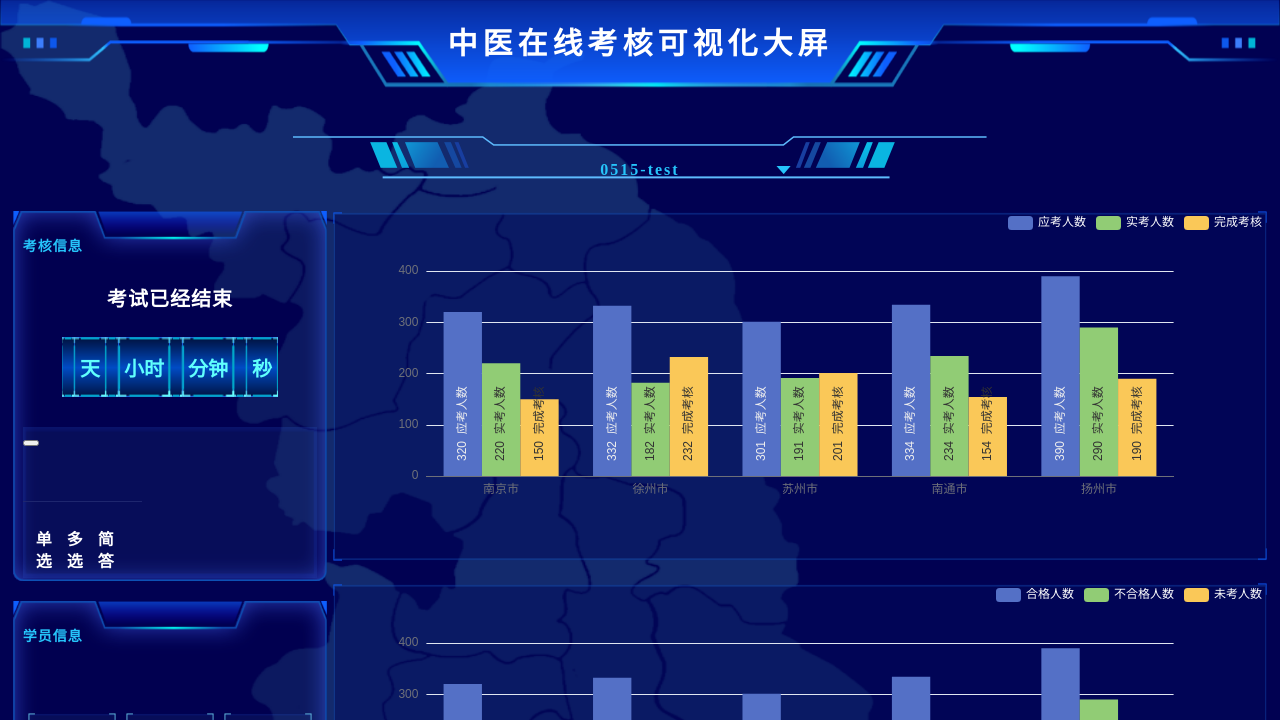
Repository: krislorem/medicine-online-datascreen-vue
Page: /
An editor plug-in stored every save of this project. The page is shown before and after the next save, followed by the edit.
The browser window is 1280 px wide. The pictures show the whole page.
The project was rebuilt for these pictures with package versions that can differ from the ones it lists, and the page was loaded fresh each time. Also part of the build but not shown: vite.config.ts.

Above is the page before, as saved 2024-12-04 20:43:22.

### src/main.ts
import './assets/main.css'

import { createApp } from 'vue'
import { createPinia } from 'pinia'
import ElementPlus from 'element-plus'
import 'element-plus/dist/index.css'
import App from './App.vue'
import router from './router'

const app = createApp(App)

app.use(createPinia())
app.use(router)
app.use(ElementPlus)
app.mount('#app')

### src/assets/main.css
body, html {
  width: 100%;
  height: 100%;
  overflow: hidden;
  margin: 0;
  padding: 0;
  width: 100vw;
  height: 100vh
}

#app {
  width: 100%;
  height: 100%
}

### src/App.vue
<template>
  <div>
    <RouterView></RouterView>
  </div>
</template>

<script setup lang="ts">

</script>

<style scoped>
</style>

### src/views/HomeView.vue
<template>
  <div class="home">
    <nav>
      <h1>中医在线考核可视化大屏</h1>
    </nav>
    <div id="mid-bar">
      <select id="info">
        <option>0515-test</option>
      </select>
    </div>
    <div id="all-info">
      <div id="left">
        <div class="item item-1">
          <p class="top-name"><span>考核信息</span></p>
          <p class="time-title"><span>考试已经结束</span></p>
          <div class="time-container">
            <div class="time-box" style=";"><span class="time-num">{{ }}</span></div>
            <div class="time-box" style=";"><span class="time-num">天</span></div>
            <div class="time-box" style=";"><span class="time-num">{{ }}</span></div>
            <div class="time-box" style=";"><span class="time-num">小时</span></div>
            <div class="time-box" style=";"><span class="time-num">{{ }}</span></div>
            <div class="time-box" style=";"><span class="time-num">分钟</span></div>
            <div class="time-box" style=";"><span class="time-num">{{ }}</span></div>
            <div class="time-box" style=";"><span class="time-num">秒</span></div>
          </div>
          <div class="result">
            <div class="ivu-carousel" style="height: 100%;">
              <button type="button" class="left ivu-carousel-arrow ivu-carousel-arrow-hover">
                <i class="ivu-icon ivu-icon-ios-arrow-back"></i>
              </button>
              <div class="ivu-carousel-list">
                <div class="ivu-carousel-track higher"
                  style="width: 119px; transform: translate3d(0px, 0px, 0px); transition: transform 500ms; visibility: visible;">
                  <div class="ivu-carousel-item" style="width: 119px; height: auto; left: 0px;">
                    <div class="res-topbar">
                      <span>{{ }}</span>
                      <span>{{ }}</span>
                    </div>
                    <div class="res-box">
                      <div class="res-item">
                        <span>单选</span>
                        <p>{{ }}</p>
                      </div>
                      <div class="res-item">
                        <span>多选</span>
                        <p>{{ }}</p>
                      </div>
                      <div class="res-item">
                        <span>简答</span>
                        <p>{{ }}</p>
                      </div>
                    </div>
                  </div>
                </div>
              </div>
            </div>

          </div>
        </div>
        <div class="item item-2">
          <p class="top-name i2-top"><span>学员信息</span></p>
          <div class="i2">
            <div class="box">
              <p class="num bg-lg-blue">{{ }}</p>
              <p class="title bg-lg-blue">应考人数</p>
            </div>
            <div class="box">
              <p class="num bg-lg-cyan">{{ }}</p>
              <p class="title bg-lg-cyan">签到人数</p>
            </div>
            <div class="box">
              <p class="num bg-lg-red">{{ }}</p>
              <p class="title bg-lg-red">实考人数</p>
            </div>
            <div class="box">
              <p class="num bg-lg-blue">{{ }}</p>
              <p class="title bg-lg-blue">分配试卷</p>
            </div>
            <div class="box">
              <p class="num bg-lg-cyan">{{ }}</p>
              <p class="title bg-lg-cyan">答题中</p>
            </div>
            <div class="box">
              <p class="num bg-lg-red">{{ }}</p>
              <p class="title bg-lg-red">完成考试</p>
            </div>
            <div class="box">
              <p class="num bg-lg-blue2">{{ }}</p>
              <p class="title bg-lg-blue2">未签到</p>
            </div>
            <div class="box">
              <p class="num bg-lg-cyan2">{{ }}</p>
              <p class="title bg-lg-cyan2">未考核</p>
            </div>
            <div class="box">
              <p class="num bg-lg-red2">{{ }}</p>
              <p class="title bg-lg-red2">合格人数</p>
            </div>
          </div>
        </div>
      </div>
      <div id="right">
        <div class="item mb-22">
          <div style="width: 100%;height: 335px;">
            <div id="msg1"
              style="width: 100%; height: 335px; -webkit-tap-highlight-color: transparent; user-select: none; position: relative;">
            </div>
          </div>
        </div>
        <div class="item">
          <div style="width: 100%; height: 335px;">
            <div id="msg2"
              style="width: 100%; height: 335px; -webkit-tap-highlight-color: transparent; user-select: none; position: relative;">
            </div>
          </div>
        </div>
      </div>
    </div>
  </div>
</template>

<style scoped>
body {
  font-family: Helvetica Neue, Helvetica, PingFang SC, Hiragino Sans GB, Microsoft YaHei, "\5FAE\8F6F\96C5\9ED1", Arial, sans-serif;
  font-size: 12px;
  line-height: 1.5;
  color: #515a6e;
  background-color: #fff;
  -webkit-font-smoothing: antialiased;
  -moz-osx-font-smoothing: grayscale;
}

.home {
  background: #010152 url(/ditu.png) 50% no-repeat;
  background-size: 100% 100%;
}

.home nav {
  background-image: url(/dingbu.png);
  background-size: 100% 100%;
  background-repeat: no-repeat;
  overflow: hidden;
  display: -webkit-box;
  display: -ms-flexbox;
  display: flex;
  -webkit-box-align: center;
  -ms-flex-align: center;
  align-items: center;
}

.home nav h1 {
  font-size: 30px;
  font-family: PingFangSC-Semibold, PingFang SC;
  font-weight: 600;
  color: #fff;
  line-height: 58px;
  letter-spacing: 5px;
  margin: 15px auto;
}

.home #mid-bar {
  width: 694px;
  height: 43px;
  background: url(/nav.png) no-repeat;
  margin: 48px auto 0;
  padding-top: 12px;
  display: -webkit-box;
  display: -ms-flexbox;
  display: flex;
  -webkit-box-pack: center;
  -ms-flex-pack: center;
  justify-content: center;
  -webkit-box-align: center;
  -ms-flex-align: center;
  align-items: center;
}

.home #mid-bar #info {
  appearance: none;
  -moz-appearance: none;
  -webkit-appearance: none;
  background: transparent url('/jiantou.png') no-repeat scroll 100%;
  width: 302px;
  height: 22px;
  font-size: 16px;
  text-align: center;
  font-family: PingFangSC-Semibold, PingFang SC;
  font-weight: 600;
  color: #26c5fb;
  line-height: 22px;
  letter-spacing: 2px;
  border: none;
}

#all-info {
  width: 100%;
  height: 796px;
  margin: 20px auto 10px;
  display: -webkit-box;
  display: -ms-flexbox;
  display: flex;
  -ms-flex-pack: distribute;
  justify-content: space-around;
}

#all-info #left {
  width: 23%;
  height: 100%;
}


#all-info #left .item {
  height: 44%;
  width: 100%;
  padding: 10px;
  background-image: url(/kuang2.png);
  background-size: 100% 100%;
}

#all-info #left .item .top-name>span {
  width: 64px;
  height: 20px;
  font-size: 14px;
  font-family: PingFangSC-Semibold, PingFang SC;
  font-weight: 600;
  color: #26c5fb;
  line-height: 20px;
  letter-spacing: 1px;
}

#all-info #left .item-1 {
  margin-bottom: 20px;
}

#all-info #left .item-1 .time-title {
  text-align: center;
  font-size: 20px;
  font-family: PingFangSC-Semibold, PingFang SC;
  font-weight: 600;
  color: #fff;
  line-height: 20px;
  letter-spacing: 1px;
  margin: 32px auto 28px;
}

#all-info #left .item-1 .time-container {
  height: 60px
}

#all-info #left .item-1 .time-container,
#all-info #left .item-1 .time-container .time-box {
  display: -webkit-box;
  display: -ms-flexbox;
  display: flex;
  -webkit-box-pack: center;
  -ms-flex-pack: center;
  justify-content: center;
}

#all-info #left .item-1 .time-container .time-box {
  background-image: url('/kuang3.png');
  background-repeat: no-repeat;
  background-size: 100% 100%;
  -webkit-box-align: center;
  -ms-flex-align: center;
  align-items: center;
  background-color: #d7606b;
}

#all-info #left .item-1 .time-container .time-box .time-num {
  font-size: 20px;
  padding: 6px;
  font-family: PingFangSC-Semibold, PingFang SC;
  font-weight: 600;
  color: #60fffd
}

#all-info #left .item-1 .time-container .time-box .dupunkto {
  font-size: 28px;
  font-family: PingFangSC-Semibold, PingFang SC;
  font-weight: 600;
  color: #60fffd
}

#all-info #left .item-1 .result {
  width: 100%;
  height: 43%;
  background-image: url('/kuang4.png');
  background-size: 100% 100%;
  margin: 30px auto 0;
  font-size: 16px;
  font-family: PingFangSC-Semibold, PingFang SC;
  font-weight: 600;
  color: #fff;
  line-height: 22px;
}

#all-info #left .item-1 .result .res-sub-title {
  width: 100%;
  height: 100%;
  display: -webkit-box;
  display: -ms-flexbox;
  display: flex;
  -webkit-box-align: center;
  -ms-flex-align: center;
  align-items: center;
  -webkit-box-pack: center;
  -ms-flex-pack: center;
  justify-content: center;
  font-size: 20px;
  font-family: PingFangSC-Semibold, PingFang SC;
  font-weight: 600
}

#all-info #left .item-1 .result .res-topbar {
  height: 47px;
  border-bottom: 1px solid #1e266e;
  -webkit-box-align: end;
  -ms-flex-align: end;
  align-items: flex-end;
  padding: 0 19px 5px 14px
}

#all-info #left .item-1 .result .res-box,
#all-info #left .item-1 .result .res-topbar {
  display: -webkit-box;
  display: -ms-flexbox;
  display: flex;
  -webkit-box-pack: justify;
  -ms-flex-pack: justify;
  justify-content: space-between
}

#all-info #left .item-1 .result .res-box {
  height: 57px;
  margin: 27px 13px 0
}

#all-info #left .item-1 .result .res-box .res-item {
  display: -webkit-box;
  display: -ms-flexbox;
  display: flex;
  -webkit-box-orient: vertical;
  -webkit-box-direction: normal;
  -ms-flex-direction: column;
  flex-direction: column;
  -ms-flex-pack: distribute;
  justify-content: space-around;
  -webkit-box-align: center;
  -ms-flex-align: center;
  align-items: center
}

#all-info #left .item-1 .result .res-box p {
  margin-top: 13px
}

#all-info #left .item-2 {
  display: -webkit-box;
  display: -ms-flexbox;
  display: flex;
  -webkit-box-orient: vertical;
  -webkit-box-direction: normal;
  -ms-flex-direction: column;
  flex-direction: column
}


#all-info #left .item-2 .i2-top {
  padding-bottom: 30px;
}

#all-info #left .item-2 .i2 {
  width: 100%;
  margin: 20px auto;
  display: -webkit-box;
  display: -ms-flexbox;
  display: flex;
  -ms-flex-wrap: wrap;
  flex-wrap: wrap;
  -ms-flex-pack: distribute;
  justify-content: space-around;
}

#all-info #left .item-2 .i2 .box {
  width: 30%;
  height: 67px;
  margin-bottom: 20px;
  padding: 20px auto;
  background-image: url('/kuang5.png');
  background-size: 100%;
  background-repeat: no-repeat;
}

#all-info #left .item-2 .i2 .box>.num {
  width: 77px;
  height: 45px;
  font-size: 27px;
  line-height: 45px
}

#all-info #left .item-2 .i2 .box>.num,
#all-info #left .item-2 .i2 .box>.title {
  font-family: PingFangSC-Semibold, PingFang SC;
  font-weight: 600;
  color: #fff;
  text-align: center;
  background-clip: text;
  -webkit-background-clip: text;
  -webkit-text-fill-color: transparent;
  margin: 0 auto;
}

#all-info #left .item-2 .i2 .box>.title {
  width: 64px;
  height: 22px;
  font-size: 15px;
  line-height: 22px
}

#all-info #right {
  width: 73%;
  height: 100%;
}

#all-info #right .item {
  width: 100%;
  height: 350px;
  background-image: url(/kuang1.png);
  background-size: 100% 100%
}

#all-info #right .mb-22 {
  margin-bottom: 22px
}

.bg-lg-blue {
  background: -webkit-gradient(linear, left top, left bottom, from(#8ac4ff), to(#5999f4));
  background: linear-gradient(180deg, #8ac4ff, #5999f4)
}

.bg-lg-cyan {
  background: -webkit-gradient(linear, left top, left bottom, from(#92eef2), to(#62e4eb));
  background: linear-gradient(180deg, #92eef2, #62e4eb)
}

.bg-lg-red {
  background: -webkit-gradient(linear, left top, left bottom, from(#ee3f47), to(#9a1b35));
  background: linear-gradient(180deg, #ee3f47, #9a1b35)
}

.bg-lg-blue2 {
  background: -webkit-gradient(linear, left top, left bottom, from(#4d7ed5), to(#0a47b3));
  background: linear-gradient(180deg, #4d7ed5, #0a47b3)
}

.bg-lg-cyan2 {
  background: -webkit-gradient(linear, left top, left bottom, from(#3bd3d6), to(#158c98));
  background: linear-gradient(180deg, #3bd3d6, #158c98)
}

.bg-lg-red2 {
  background: -webkit-gradient(linear, left top, left bottom, from(#d7606b), to(#a72f4d));
  background: linear-gradient(180deg, #d7606b, #a72f4d)
}
</style>
<script setup lang="ts">
import * as echarts from 'echarts';
import { onMounted } from 'vue'
const labelOption = {
  show: true,
  position: 'insideBottom',
  distance: 15,
  align: 'left',
  verticalAlign: 'middle',
  rotate: 90,
  formatter: '{c}  {name|{a}}',
  fontSize: 12,
  rich: {
    name: {}
  }
};
const option1 = {
  tooltip: {
    trigger: 'axis',
    axisPointer: {
      type: 'shadow'
    }
  },
  legend: {
    left: 'right',
    textStyle: {
      color: '#fff',
    },
    data: ['应考人数', '实考人数', '完成考核']
  },
  xAxis: [
    {
      type: 'category',
      axisTick: { show: false },
      data: ['南京市', '徐州市', '苏州市', '南通市', '扬州市']
    }
  ],
  yAxis: [
    {
      type: 'value'
    }
  ],
  series: [
    {
      name: '应考人数',
      type: 'bar',
      barGap: 0,
      label: labelOption,
      emphasis: {
        focus: 'series'
      },
      data: [320, 332, 301, 334, 390]
    },
    {
      name: '实考人数',
      type: 'bar',
      label: labelOption,
      emphasis: {
        focus: 'series'
      },
      data: [220, 182, 191, 234, 290]
    },
    {
      name: '完成考核',
      type: 'bar',
      label: labelOption,
      emphasis: {
        focus: 'series'
      },
      data: [150, 232, 201, 154, 190]
    }
  ]
};
const option2 = {
  tooltip: {
    trigger: 'axis',
    axisPointer: {
      type: 'shadow'
    }
  },
  legend: {
    left: 'right',
    textStyle: {
      color: '#fff',
    },
    data: ['合格人数', '不合格人数', '未考人数']
  },
  xAxis: [
    {
      type: 'category',
      axisTick: { show: false },
      data: ['南京市', '徐州市', '苏州市', '南通市', '扬州市']
    }
  ],
  yAxis: [
    {
      type: 'value'
    }
  ],
  series: [
    {
      name: '合格人数',
      type: 'bar',
      barGap: 0,
      label: labelOption,
      emphasis: {
        focus: 'series'
      },
      data: [320, 332, 301, 334, 390]
    },
    {
      name: '不合格人数',
      type: 'bar',
      label: labelOption,
      emphasis: {
        focus: 'series'
      },
      data: [220, 182, 191, 234, 290]
    },
    {
      name: '未考人数',
      type: 'bar',
      label: labelOption,
      emphasis: {
        focus: 'series'
      },
      data: [150, 232, 201, 154, 190]
    }
  ]
};
onMounted(() => {
  let chartDom1 = document.getElementById('msg1');
  let chartDom2 = document.getElementById('msg2');
  let myChart1 = echarts.init(chartDom1);
  let myChart2 = echarts.init(chartDom2);
  option1 && myChart1.setOption(option1);
  option2 && myChart2.setOption(option2);
})


</script>

Loaded but not shown: index.html (common file); src/router/index.ts (common file)

After the next save:
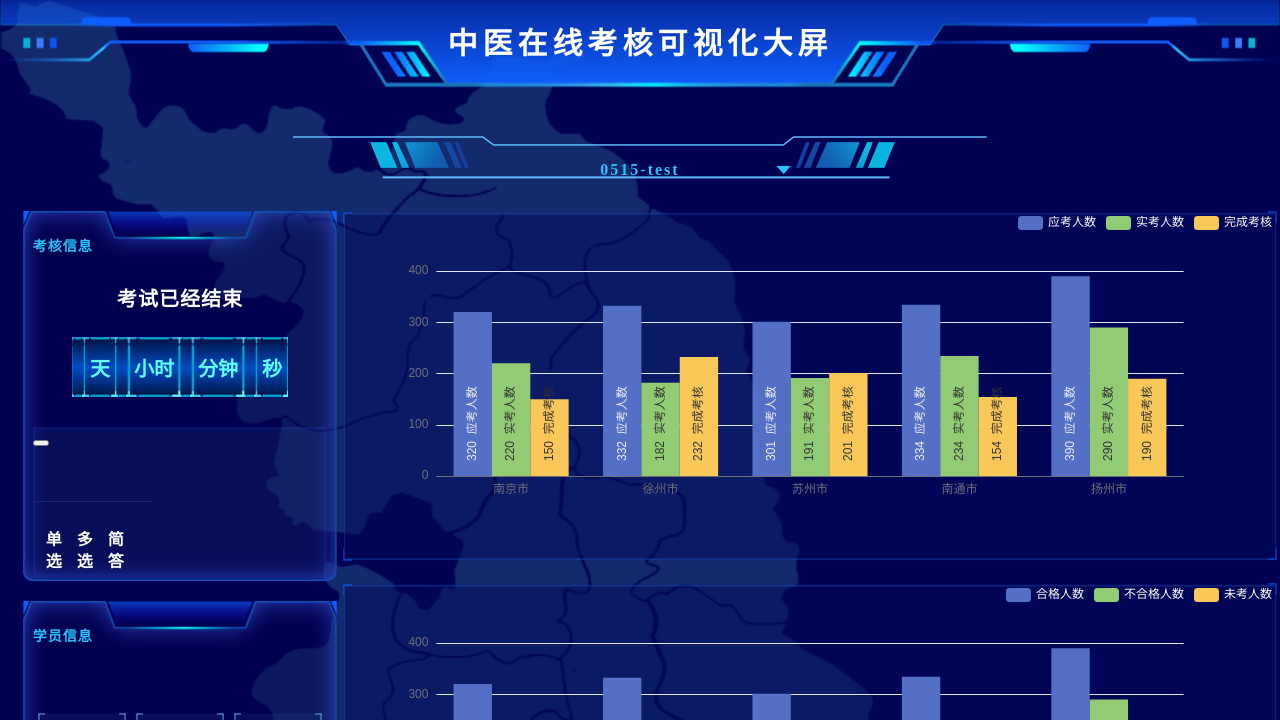
Saved 75 s later.
--- a/src/views/HomeView.vue
+++ b/src/views/HomeView.vue
@@ -195,7 +195,7 @@ body {
 #all-info {
   width: 100%;
   height: 796px;
-  margin: 20px auto 10px;
+  margin: 20px 10px;
   display: -webkit-box;
   display: -ms-flexbox;
   display: flex;
